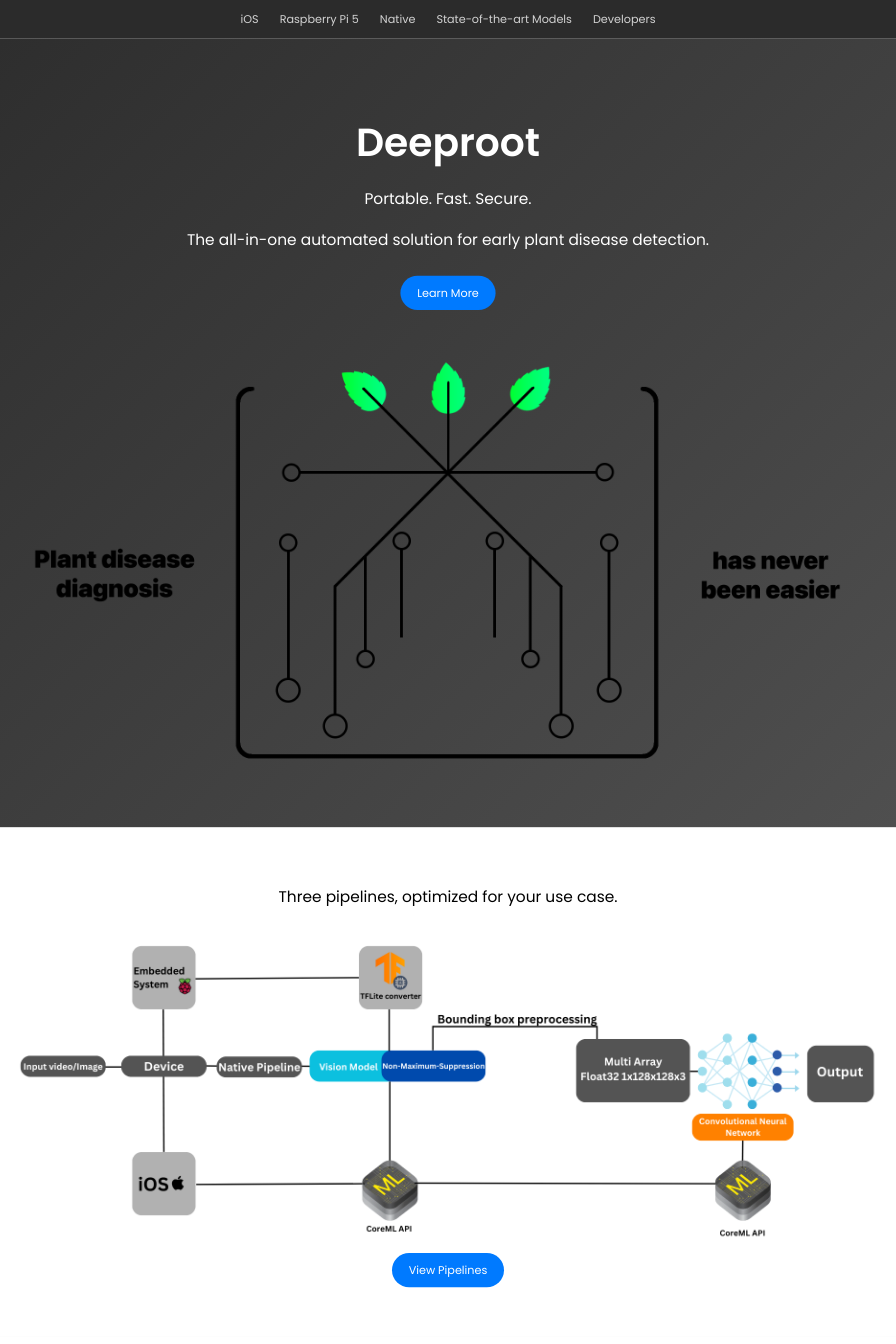
Repository: jss1118/The-Deeproot-Project
Page: Website/index.html
The author's editor kept a copy of each file at every save. The page is drawn from the files as they stood at one save, then again after the next save.
The browser window is 1280 px wide. The pictures show the part of the page from y = 0 to 1920 px (the page is 3212 px tall), at 70% of full size.

Above is the page before, as saved 2025-03-22 06:30:53.

### Website/index.html
<!DOCTYPE html>
<html lang="en">

<head>
  <meta charset="UTF-8">
  <meta name="viewport" content="width=device-width, initial-scale=1.0">
  <title>Deeproot A.I</title>
  <link href="https://fonts.googleapis.com/css2?family=Poppins:wght@400;600&display=swap" rel="stylesheet">
  <style>
    body {
      margin: 0;
      font-family: 'Poppins', sans-serif;
      overflow-x: hidden;
      background-color: #f5f5f5;
    }

    nav {
      background: rgba(22, 22, 22, 0.9);
      position: sticky;
      top: 0;
      width: 100%;
      z-index: 1000;
      display: flex;
      justify-content: center;
    }

    .navlinks {
      list-style: none;
      display: flex;
      gap: 30px;
      padding: 15px;
      margin: 0;
    }

    .navlink, .navicon svg {
      color: #d3d3d3;
      text-decoration: none;
      transition: color 0.3s;
    }

    .navlink:hover, .mainpagelink a:hover {
      color: white;
    }

    .mainpage2, .mainpage3, .mainpage4 {
      padding: 60px 20px;
      text-align: center;
    }

    .mainpage2 {
      background: linear-gradient(135deg, #2e2e2e, #4f4f4f);
      color: white;
    }

    .mainpage2 img, .mainpage3 img, .promo1 img {
      max-width: 100%;
      height: auto;

    }

    .mp2-title1 {
      font-size: 56px;
      font-weight: 600;
      margin-bottom: 15px;
    }

    .mp2-desc, .mp3desc, .titlefont {
      font-size: 22px;
      margin-bottom: 25px;
    }
    .promo4title {
      font-size: 22px;
      margin-bottom: 5px;
      position: relative;
      bottom: 67px;
    }
    .mainpagelink a {
      display: inline-block;
      margin: 10px;
      padding: 12px 24px;
      background: #007aff;
      color: white;
      border-radius: 25px;
      text-decoration: none;
      transition: background 0.3s;
    }

    .mainpage3 {
      background: white;
    }

    .mainpage3 img {
      margin-top: 20px;
      border-radius: 12px;
    }

    .mainpage4 {
      display: grid;
      grid-template-columns: repeat(auto-fit, minmax(300px, 1fr));
      gap: 20px;
      background-color: white;
      padding: 40px;
    }

    .promo1, .promo2, .promo3, .promo4, .promo5, .promo6 {
      background-size: cover;
      background-position: center;
      height: 450px;
      display: flex;
      flex-direction: column;
      justify-content: flex-end;
      padding: 20px;
      color: white;
      border-radius: 12px;
      position: relative;
    }

    .promo1 img, .promo2 img, .promo3 img, .promo4 img, .promo5 img, .promo6 img {
      margin-bottom: 10px;
    }

    .promo1 {
      background-color: #9a8fa8;
      color: #f5f5f5;
    }
    .promo2 {
      background-color: #75797c;
      color: #f5f5f5;
      background-size: cover;
      background-position: center;
      height: 450px;
      display: flex;
      flex-direction: column;
      justify-content: flex-end;
      padding: 20px;
      border-radius: 12px;
      position: relative;
    }
    .promo2 p {
      font-size: 20px;
      margin-bottom: 15px;
    }

    .promo3 {
      background-color: #7fb8e8;
      color: #f5f5f5;
      background-size: cover;
      background-position: center;
      height: 450px;
      display: flex;
      flex-direction: column;
      justify-content: flex-end;
      padding: 20px;
      border-radius: 12px;
      position: relative;
    }
    .promo4 {
      background-color: #ab5aa0;
      color: #f5f5f5;
      background-size: cover;
      background-position: center;
      height: 450px;
      display: flex;
      flex-direction: column;
      justify-content: flex-end;
      padding: 20px;
      border-radius: 12px;
      position: relative;

    }
    .promo1 img {
      width: 160px;
      height: auto;
      margin: 0 auto 15px auto;
      display: block;
      background: none;
      position: relative;
      bottom: 60px;
    }

    .promo2 img {
      width: 360px;
      height: 400px;
      margin: 0 auto 15px auto;
      display: block;
      border-radius: 10px;

      position: relative;
      top: 100px;
    }
    .promo3 img {
      width: 250px;
      height: 175px;
      margin: 0 auto 15px auto;
      display: block;
      border-radius: 10px;

      position: relative;

    }
    .promo4 img {
      position: relative;
      top: 100px;
    }
    .promo4title {
      position: relative;
      top: 150px;
    }


    footer {
      background-color: #2e2e2e;
      color: #ccc;
      text-align: center;
      padding: 30px 20px;
      margin-top: 40px;
    }

    footer a {
      color: #007aff;
      text-decoration: underline;
    }

    @media (max-width: 768px) {
      .mp2-title1 { font-size: 40px; }
      .mp2-desc, .mp3desc { font-size: 18px; }
      .mainpagelink a { padding: 10px 20px; }
    }
  </style>
</head>

<body>
  <nav>
    <ul class="navlinks">
      <li><a class="navlink" href="/">iOS</a></li>
      <li><a class="navlink" href="/applestore">Raspberry Pi 5</a></li>
      <li><a class="navlink" href="/">Native</a></li>
      <li><a class="navlink" href="/">State-of-the-art Models</a></li>
      <li><a class="navlink" href="/">Developers</a></li>
    </ul>
  </nav>

  <section class="mainpage2">
    <h1 class="mp2-title1">Deeproot</h1>
    <p class="mp2-desc">Portable. Fast. Secure.</p>
    <p class="mp2-desc">The all-in-one automated solution for early plant disease detection.</p>
    <div class="mainpagelink"><a href="#">Learn More</a></div>
    <img src="wide logo.png" alt="Deeproot Logo">
  </section>

  <section class="mainpage3">
    <p class="mp3desc">Three pipelines, optimized for your use case.</p>
    <img src="newgraph.png" alt="Machine Learning Pipelines">
    <div class="mainpagelink"><a href="#">View Pipelines</a></div>
  </section>

  <section class="mainpage4">
    <div class="promo1">
      <img src="lock.fill.png" alt="Promo icon">
      <p>With edge processing, data transactions are completely private. </p>
      <div class="mainpagelink"><a href="#">Learn More</a></div>
    </div>
    <div class="promo2">
      <img src="deeprootios.png" alt="ios icon">
      <p>Access plant disease detection from the palm of your hand. No additional hardware required.</p>
      <div class="mainpagelink"><a href="#">Learn More</a></div>
    </div>



    <div class="promo3">
      <p class="titlefont">Deeproot Pi 5</p>
      <img src="piembedded.png" alt="Raspberry pi embedded">
      <p>A cost effective pipeline for taking advantage of neural processors and portable embedded systems.</p>
      <div class="mainpagelink"><a href="#">Learn More</a></div>
    </div>
    <div class="promo4">
      <p class="promo4title">Deeproot Vision 2.0</p>
      <img src="eye.png" alt="eye image">
      <p class="mp3desc">Non-Maximum-Suppression allows for higher quality samples to be passed through the disease classifer.</p>
    </div>
    <div class="promo5"></div>
    <div class="promo6"></div>
  </section>

  <footer>
    <p>The Deeproot Project by <a href="https://github.com/jss1118/Deeproot-AI">Josh Stanley</a></p>
    <p>Deeproot started by Josh Stanley as an 8th grade science project and grew into a full application, helping farmers detect plant diseases early. It combines deep learning and computer vision to protect crops in a cost-effective and automated way.</p>
  </footer>
</body>
</html>

After the next save:
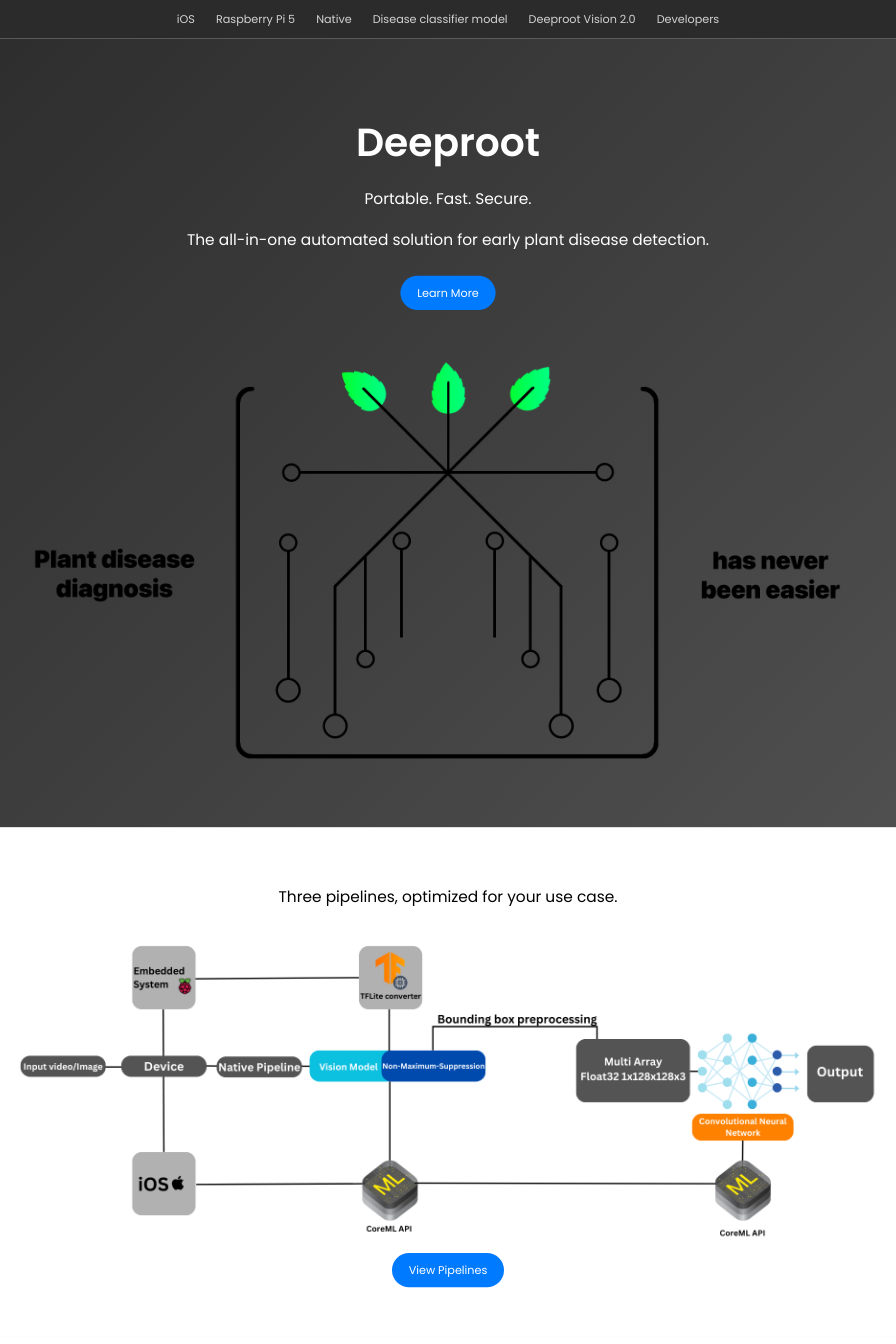
Saved 90 s later.
--- a/Website/index.html
+++ b/Website/index.html
@@ -235,7 +235,8 @@
       <li><a class="navlink" href="/">iOS</a></li>
       <li><a class="navlink" href="/applestore">Raspberry Pi 5</a></li>
       <li><a class="navlink" href="/">Native</a></li>
-      <li><a class="navlink" href="/">State-of-the-art Models</a></li>
+      <li><a class="navlink" href="/">Disease classifier model</a></li>
+      <li><a class="navlink" href="/">Deeproot Vision 2.0</a></li
       <li><a class="navlink" href="/">Developers</a></li>
     </ul>
   </nav>
